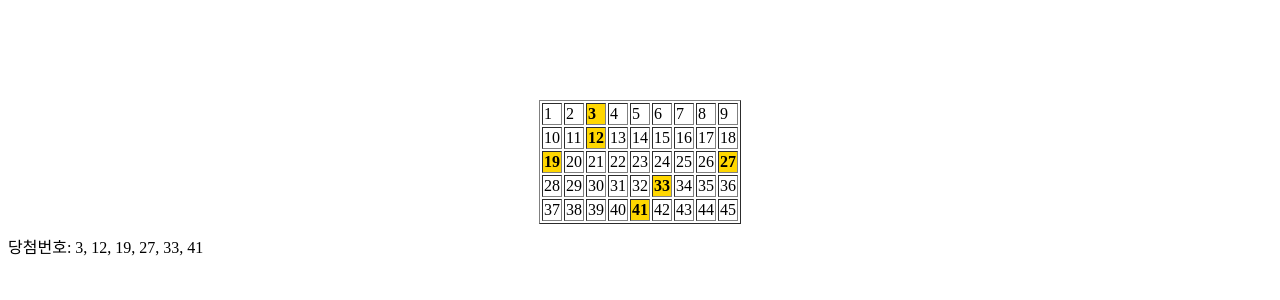
Repository: kkw3202/Jsp2026
Page: http://localhost/chapter01/example_lotto.jsp
The author's editor kept a copy of each file at every save. The page is drawn from the files as they stood at one save, then again after the next save.
The browser window is 1280 px wide. The pictures show the whole page.
The page is served by Tomcat 9.

Above is the page before, as saved 2026-10-16 06:35:38.

After the next save:
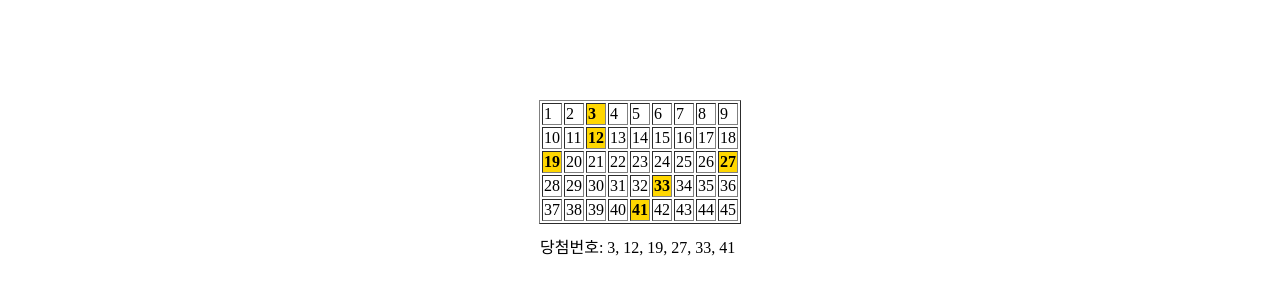
Saved 11 s later.
--- a/chapter01/src/main/webapp/example_lotto.jsp
+++ b/chapter01/src/main/webapp/example_lotto.jsp
@@ -37,7 +37,7 @@
 			%>
 		</tbody>
 	</table>
-	<p style="display:block; margin: 0px auto; width: auto;">당첨번호:
+	<p style="display:block; margin: 0px auto; width: 200px;">당첨번호:
 	<%
 	for(int i =0; i<winNums.length; i++) {
 		if(i!=winNums.length-1) out.print(winNums[i] + ", ");
